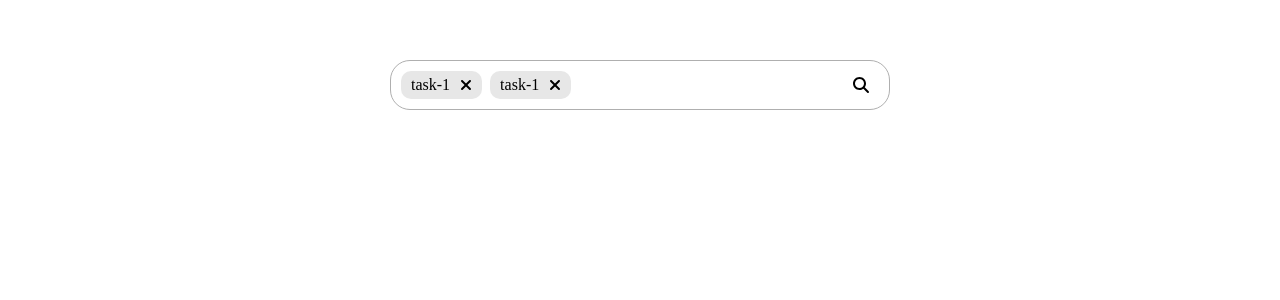
Repository: OkazakiTruong/selectOption
Page: /
An editor plug-in stored every save of this project. The page is shown before and after the next save, followed by the edit.
The browser window is 1280 px wide. The pictures show the whole page.
The project was rebuilt for these pictures with package versions that can differ from the ones it lists, and the page was loaded fresh each time. Also part of the build but not shown: vite.config.js.

Above is the page before, as saved 2024-01-17 23:07:01.

### src/App.jsx
import React from "react";
import { SelectBoxContainer } from "./SelectBox/SelectBoxContainer";

export default function App() {
  return (
    <div>
      <SelectBoxContainer />
    </div>
  );
}

### src/SelectBox/SelectBoxContainer.jsx
import React, { useState } from "react";
import "./selectbox.css";
import { SelectBox } from "./SelectBox";

export const SelectBoxContainer = () => {
  const [optItems, setOptItems] = useState([
    {
      id: 1,
      name: "task 1",
      status: false,
    },
    {
      id: 2,
      name: "task 2",
      status: false,
    },
    {
      id: 3,
      name: "task 3",
      status: false,
    },
    {
      id: 4,
      name: "task 4",
      status: false,
    },
    {
      id: 5,
      name: "task 5",
      status: false,
    },
    {
      id: 6,
      name: "task 6",
      status: false,
    },
    {
      id: 7,
      name: "task 7",
      status: false,
    },
    {
      id: 8,
      name: "task 8",
      status: false,
    },
    {
      id: 9,
      name: "task 9",
      status: false,
    },
    {
      id: 10,
      name: "task 10",
      status: false,
    },
  ]);
  return (
    <div className="select-container">
      <SelectBox optItems={optItems} />
    </div>
  );
};

### src/SelectBox/selectbox.css
.select-container {
  width: 500px;
  margin: 60px auto;
}
.select-input {
  display: flex;
  flex-wrap: wrap;
  align-items: center;
  justify-content: flex-start;
  width: 500px;
  padding: 10px;
  padding-right: 60px;
  border: 1px solid #afafaf;
  border-radius: 20px;
  gap: 8px;
  position: relative;
}
.select-input.focus {
  border: 2px solid black;
}
.select-input .input {
  border: none;
  outline: none;
  flex: 2;
}
.select-input .search-icon {
  position: absolute;
  right: 10px;
  cursor: pointer;
  padding: 10px;
}
.select-item {
  padding: 5px 10px;
  background-color: #e7e7e7;
  border-radius: 10px;
  display: flex;
  align-items: center;
}
.select-item .btn-delete {
  margin-left: 10px;
  cursor: pointer;
}
.select-option {
  margin-top: 10px;
  box-shadow: 0px 0px 1px 1px #afafaf;
  height: 200px;
  overflow: auto;
  visibility: hidden;
}
.select-option.show {
  visibility: visible;
}

.select-option::-webkit-scrollbar-track {
  -webkit-box-shadow: inset 0 0 6px rgba(0, 0, 0, 0.3);
  background-color: #f5f5f5;
}

.select-option::-webkit-scrollbar {
  width: 4px;
  background-color: #f5f5f5;
}

.select-option::-webkit-scrollbar-thumb {
  background-color: #000000;
  border: 2px solid #555555;
}

.option-item {
  padding: 10px;
  border-bottom: 1px solid #afafaf;
  cursor: pointer;
}

### src/SelectBox/SelectBox.jsx
import { FontAwesomeIcon } from "@fortawesome/react-fontawesome";
import React, { useRef, useState } from "react";
import { faMagnifyingGlass, faXmark } from "@fortawesome/free-solid-svg-icons";

export const SelectBox = ({ optItems }) => {
  const [isFocus, setIsFocus] = useState(false);
  const inputRef = useRef(null);
  const selectInputRef = useRef(null);
  const selectOptionRef = useRef(null);
  const handleFocus = () => {
    selectInputRef.current.classList.add("focus");
    selectOptionRef.current.classList.add("show");
    setIsFocus(true);
  };
  const handleBlur = () => {
    selectInputRef.current.classList.remove("focus");
    selectOptionRef.current.classList.remove("show");
    setIsFocus(false);
  };
  const handleClick = () => {
    if (!selectInputRef.current.classList.contains("focus")) {
      inputRef.current.focus();
    }
  };
  const handleSearchBtn = (e) => {
    e.stopPropagation();
    if (isFocus) {
      handleBlur();
    } else {
      handleFocus();
    }
  };
  const handleItemClick = (e, id) => {
    inputRef.current.focus();
    console.log(id);
  };
  return (
    <div>
      <div className="select-input" ref={selectInputRef} onClick={handleClick}>
        <div className="select-item">
          <span>task-1</span>
          <FontAwesomeIcon icon={faXmark} className="btn-delete" />
        </div>
        <div className="select-item">
          <span>task-1</span>
          <FontAwesomeIcon icon={faXmark} className="btn-delete" />
        </div>
        <input
          className="input"
          ref={inputRef}
          onFocus={handleFocus}
          onBlur={handleBlur}
        ></input>
        <FontAwesomeIcon
          icon={isFocus ? faXmark : faMagnifyingGlass}
          onClick={handleSearchBtn}
          className="search-icon"
        />
      </div>
      <div className="select-option" ref={selectOptionRef}>
        {/* <div className="option-item">Task1</div>
        <div className="option-item">Task1</div>
        <div className="option-item">Task1</div>
        <div className="option-item">Task1</div>
        <div className="option-item">Task1</div>
        <div className="option-item">Task1</div> */}
        {optItems?.map((optItem) => {
          return (
            <div
              className="option-item"
              key={optItem.id}
              data_id={optItem.id}
              onMouseDown={(e) => {
                handleItemClick(e, optItem.id);
              }}
            >
              {optItem.name}
            </div>
          );
        })}
      </div>
    </div>
  );
};

Loaded but not shown: index.html (common file); src/main.jsx (common file); src/index.css (common file)

After the next save:
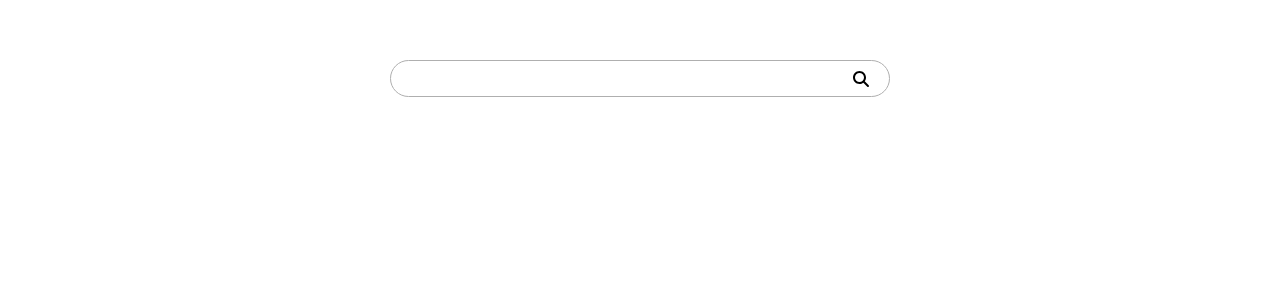
Saved 2 min 5 s later.
--- a/src/SelectBox/SelectBox.jsx
+++ b/src/SelectBox/SelectBox.jsx
@@ -37,14 +37,17 @@ export const SelectBox = ({ optItems }) => {
   return (
     <div>
       <div className="select-input" ref={selectInputRef} onClick={handleClick}>
-        <div className="select-item">
+        {/* <div className="select-item">
           <span>task-1</span>
           <FontAwesomeIcon icon={faXmark} className="btn-delete" />
         </div>
         <div className="select-item">
           <span>task-1</span>
           <FontAwesomeIcon icon={faXmark} className="btn-delete" />
-        </div>
+        </div> */}
+        {optItems?.filter((optItem) => {
+          return optItem.status;
+        })}
         <input
           className="input"
           ref={inputRef}
